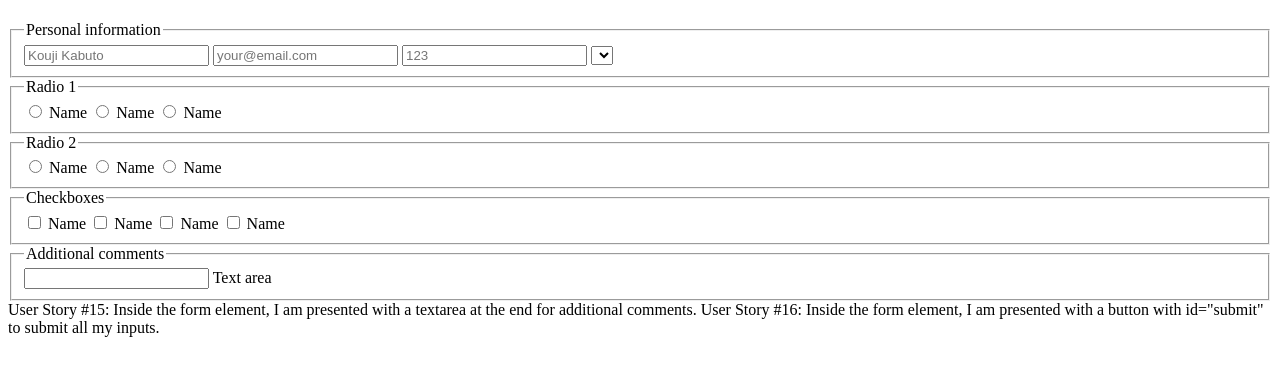
Repository: Colo-Codes/freecodecamp-02-Build-a-Survey-Form
Page: index.html
An editor plug-in stored every save of this project. The page is shown before and after the next save, followed by the edit.
The browser window is 1280 px wide. The pictures show the whole page.

Above is the page before, as saved 2021-05-18 11:57:12.

### index.html
<!DOCTYPE html>
<html lang="en">
<head>
    <meta charset="UTF-8">
    <meta http-equiv="X-UA-Compatible" content="IE=edge">
    <meta name="viewport" content="width=device-width, initial-scale=1.0">
    <title>Retro Survey Form</title>
</head>
<body>
    <h1 id="title"></h1>
    <p id="description"></p>
    <form action="" id="survey-form">
        <fieldset>
            <legend>Personal information</legend>
            <label for="name" id="name-label">
                <input type="text" id="name" placeholder="Kouji Kabuto">
            </label>
            <label for="email" id="email-label">
                <input type="email" id="email" placeholder="your@email.com"> <!-- validate -->
            </label>
            <label for="number" id="number-label">
                <input type="number" id="number" placeholder="123"> <!-- validate is number, range -->
            </label>
            <label for="">
                <select name="" id="dropdown"></select>
            </label>
        </fieldset>

        <fieldset>
            <legend>Radio 1</legend>
            <label for="">
                <input type="radio" name=""> Name
            </label>
            <label for="">
                <input type="radio" name=""> Name
            </label>
            <label for="">
                <input type="radio" name=""> Name
            </label>
        </fieldset>
        <fieldset>
            <legend>Radio 2</legend>
            <label for="">
                <input type="radio" name=""> Name
            </label>
            <label for="">
                <input type="radio" name=""> Name
            </label>
            <label for="">
                <input type="radio" name=""> Name
            </label>
        </fieldset>
        <fieldset>
            <legend>Checkboxes</legend>
            <label for="">
                <input type="checkbox" name="" value=""> Name
            </label>
            <label for="">
                <input type="checkbox" name="" value=""> Name
            </label>
            <label for="">
                <input type="checkbox" name="" value=""> Name
            </label>
            <label for="">
                <input type="checkbox" name="" value=""> Name
            </label>
        </fieldset>
        <fieldset>
            <legend>Additional comments</legend>
            <label for="">
                <input type="textarea"> Text area
            </label>
        </fieldset>
    </form>





User Story #15: Inside the form element, I am presented with a textarea at the end for additional comments.

User Story #16: Inside the form element, I am presented with a button with id="submit" to submit all my inputs.


</body>
</html>

After the next save:
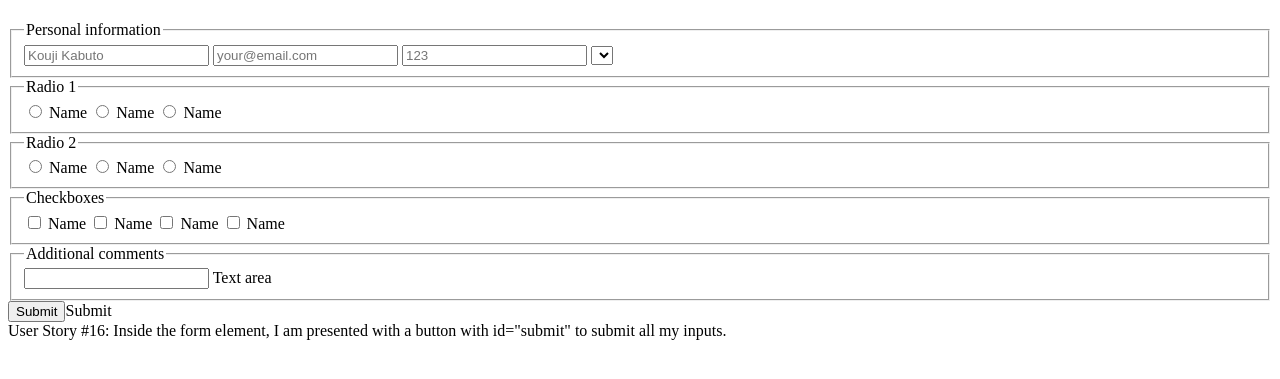
Saved 32 s later.
--- a/index.html
+++ b/index.html
@@ -71,13 +71,9 @@
                 <input type="textarea"> Text area
             </label>
         </fieldset>
+        <input type="submit">Submit
     </form>
 
-
-
-
-
-User Story #15: Inside the form element, I am presented with a textarea at the end for additional comments.
 
 User Story #16: Inside the form element, I am presented with a button with id="submit" to submit all my inputs.
 
